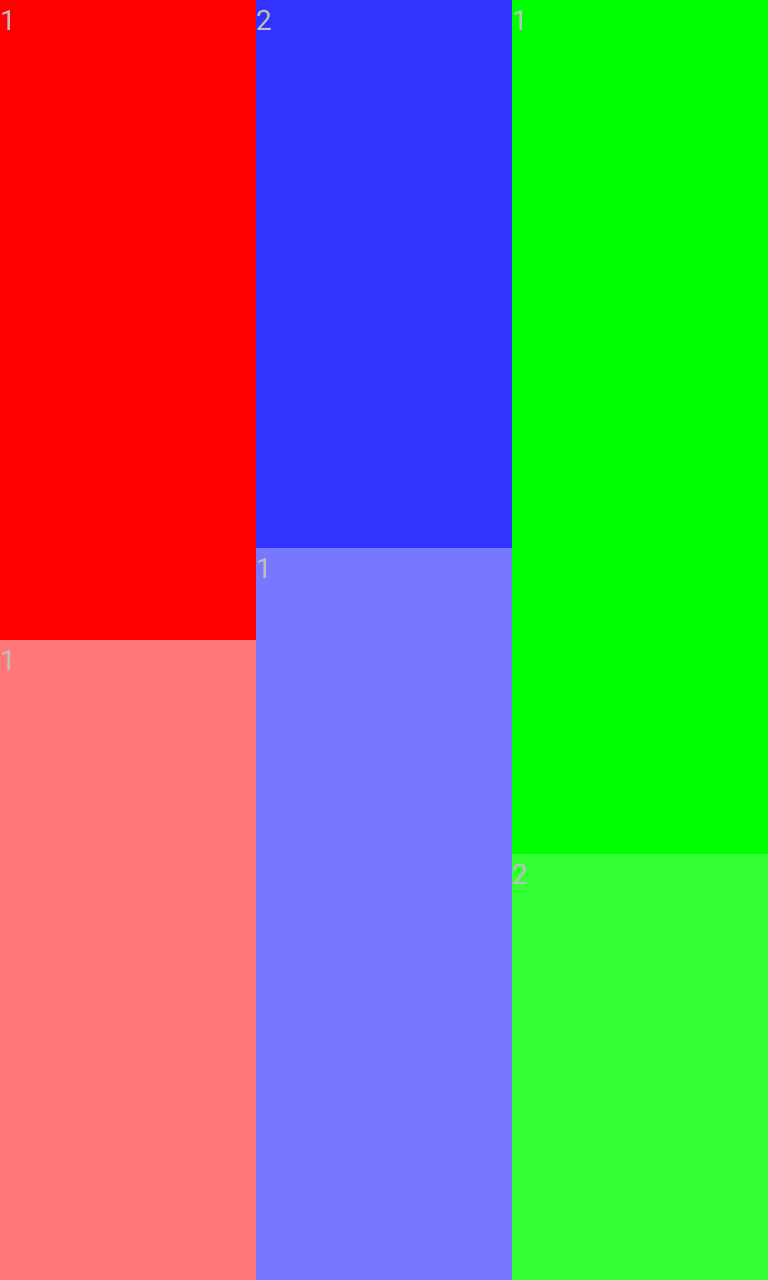
Repository: PVoLan/TestWeight
Layout: WS/Test.Weight/res/layout/main.xml
An editor plug-in stored every save of this project. The layout is shown before and after the next save, followed by the edit.
It is drawn on a 768 x 1280 px phone screen (xhdpi) without system bars, with theme android:Theme; the app's code is not run.

Above is the layout before, as saved 2012-02-27 19:41:06.

After the next save:
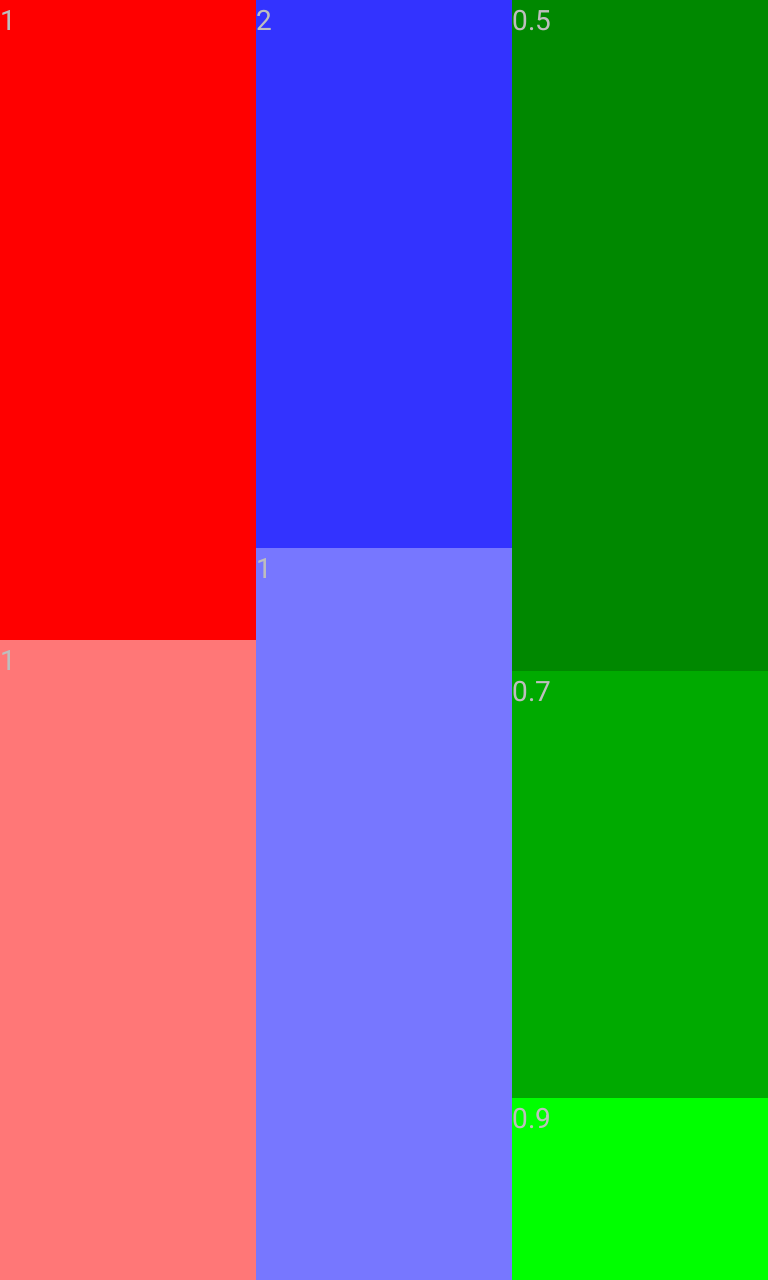
Saved 100 s later.
--- a/WS/Test.Weight/res/layout/main.xml
+++ b/WS/Test.Weight/res/layout/main.xml
@@ -84,25 +84,25 @@
          <TextView
             android:layout_width="fill_parent"
 		    android:layout_height="fill_parent"
-		    android:layout_weight="1"
-		    android:text="1"
-		    android:background="#0f0"
+		    android:layout_weight="0.5"
+		    android:text="0.5"
+		    android:background="#080"
             />
 
         <TextView
             android:layout_width="fill_parent"
 		    android:layout_height="fill_parent"
-		    android:layout_weight="2"
-		    android:text="2"
-		    android:background="#3f3"
+		    android:layout_weight="0.7"
+		    android:text="0.7"
+		    android:background="#0a0"
             />
 
         <TextView
             android:layout_width="fill_parent"
 		    android:layout_height="fill_parent"
-		    android:layout_weight="3"
-		    android:text="3"
-		    android:background="#7f7"
+		    android:layout_weight="0.9"
+		    android:text="0.9"
+		    android:background="#0f0"
             />
 
 	</LinearLayout>
